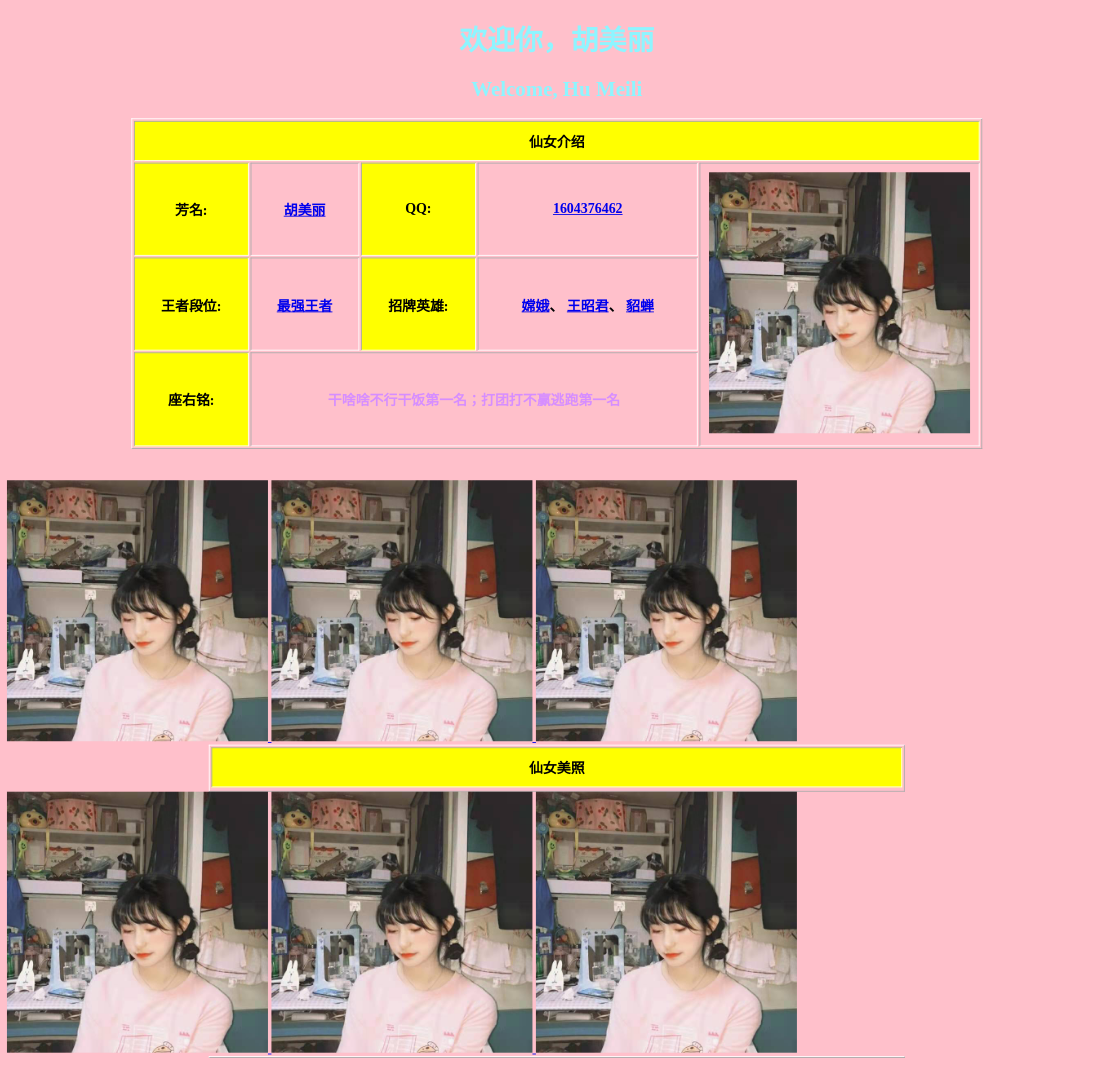
Repository: NanmeiYC/NanmeiYC.github.io
Page: ceshi2.html
These files come from the project's save history. The page is drawn as it stood at one moment and after the next save; the edit follows.
The browser window is 1280 px wide. The pictures show the whole page, at 87% of full size.

Above is the page before, as saved 2021-05-29 03:07:04.

### ceshi2.html
<!DOCTYPE html>
<html>

<head>
    <meta charset="utf-8">
    <title>欢迎我们美丽大方温柔善良的胡美丽</title>
</head>

<body bgcolor="pink">
    <h1 align="center"><a style="color: #8ef5ff;">欢迎你，胡美丽</a></h1>
    <h2 align="center"><a style="color: #8ef5ff;">Welcome, Hu Meili</a></h2>
    <table border="1" align="center" cellpadding="10px" width="978" style="border-color:rgb(255, 255, 255);">
        <tr align="center">
            <th colspan="7" bgcolor="yellow">仙女介绍</th>
        </tr>

        <tr align="center">
            <th bgcolor="yellow">芳名:</th>
            <th colspan="2"><a href="humeili.html">胡美丽</a></th>
            <th bgcolor="yellow">QQ:</th>
            <th colspan="2"> <a href="http://wpa.qq.com/msgrd?v=3&uin=1604376462&site=qq&menu=yes">1604376462</a></th>
            <td rowspan="3" width="100" <p><a href="humeili.html"><img border="0" src="images\胡美丽主.jpg" width="300px" height="300px"></td>
        </tr>
        <tr align="center">
            <th bgcolor="yellow">王者段位:</th>
            <th colspan="2"><a href="https://pvp.qq.com/web201605/hisrecord.shtml">最强王者</a></th>
            <th bgcolor="yellow">招牌英雄:</th>
            <th colspan="2">
                <a href="https://pvp.qq.com/web201605/herodetail/515.shtml">嫦娥</a>、
                <a href="https://pvp.qq.com/web201605/herodetail/152.shtml">王昭君</a>、
                <a href="https://pvp.qq.com/web201605/herodetail/141.shtml">貂蝉</a>
            </th>
        </tr>
        <tr align="center">
            <th bgcolor="yellow">座右铭:</th>
            <th colspan="5"><a style="color: #d68eff;">干啥啥不行干饭第一名；打团打不赢逃跑第一名</a> </th>
        </tr>
        <table border="1" align="center" cellpadding="10" width="800" style="border-color:rgb(255, 255, 255);">
            <br>
            <br>
        <tr align="center">
            <th colspan="9" bgcolor="yellow">仙女美照</th>
        </tr>
        <tr align="center">
            <th1 rowspan="3" width="100" <p><a href="humeili.html"><img border="0" src="images\胡美丽主.jpg" width="300px" height="300px"></th>
            <th2 rowspan="3" width="100" <p><a href="humeili.html"><img border="0" src="images\胡美丽主.jpg" width="300px" height="300px"></th>
            <th3 rowspan="3" width="100" <p><a href="humeili.html"><img border="0" src="images\胡美丽主.jpg" width="300px" height="300px"></th>
        </tr>
        <table border="1" align="center" cellpadding="10" width="800" style="border-color:rgb(255, 255, 255);">
        <tr align="center">
            <th4 rowspan="3" width="100" <p><a href="humeili.html"><img border="0" src="images\胡美丽主.jpg" width="300px" height="300px"></th>
            <th5 rowspan="3" width="100" <p><a href="humeili.html"><img border="0" src="images\胡美丽主.jpg" width="300px" height="300px"></th>
            <th6 rowspan="3" width="100" <p><a href="humeili.html"><img border="0" src="images\胡美丽主.jpg" width="300px" height="300px"></th>
        </tr>
    </table>

After the next save:
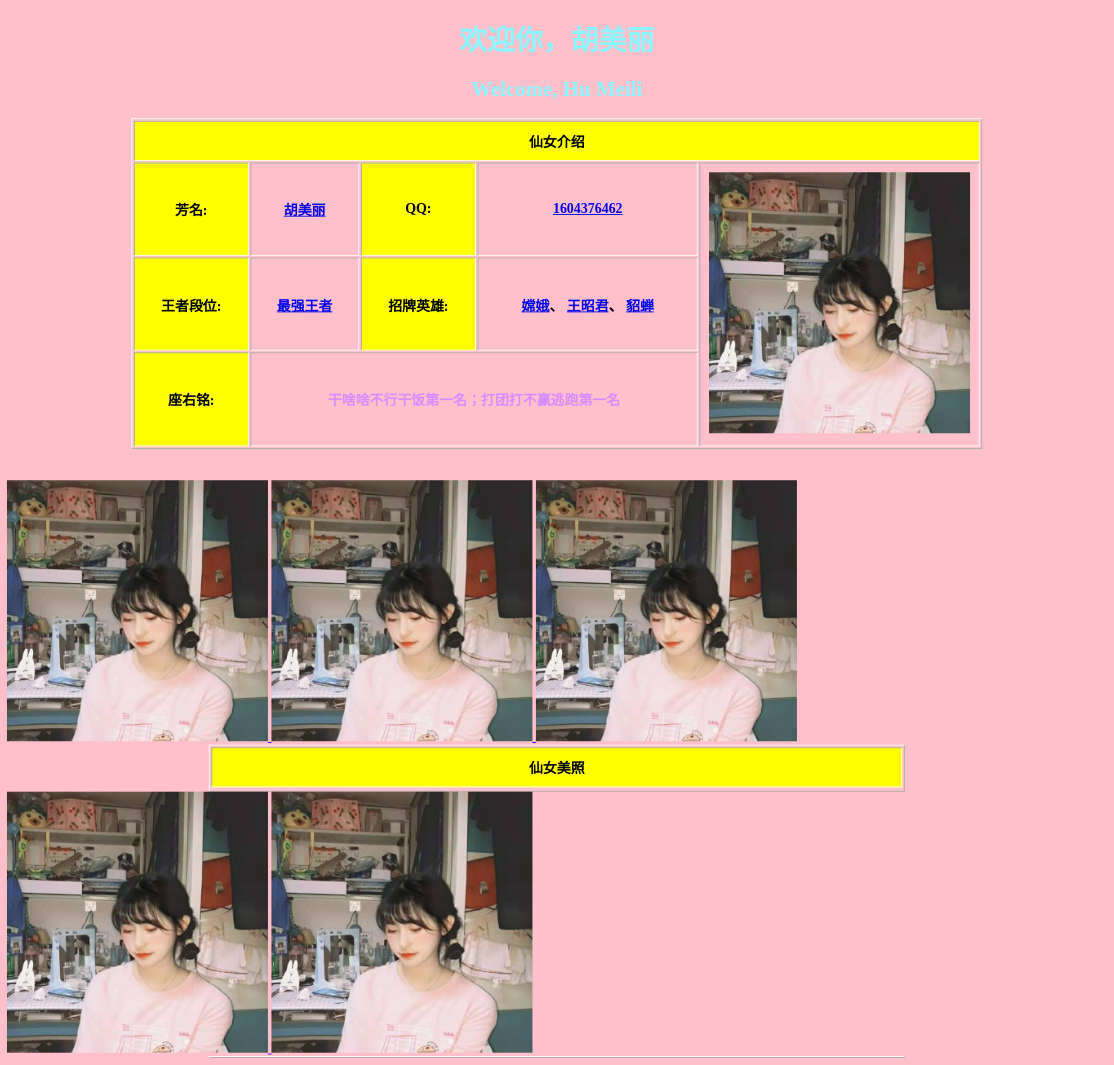
Saved 36 s later.
--- a/ceshi2.html
+++ b/ceshi2.html
@@ -50,6 +50,5 @@
         <tr align="center">
             <th4 rowspan="3" width="100" <p><a href="humeili.html"><img border="0" src="images\胡美丽主.jpg" width="300px" height="300px"></th>
             <th5 rowspan="3" width="100" <p><a href="humeili.html"><img border="0" src="images\胡美丽主.jpg" width="300px" height="300px"></th>
-            <th6 rowspan="3" width="100" <p><a href="humeili.html"><img border="0" src="images\胡美丽主.jpg" width="300px" height="300px"></th>
         </tr>
     </table>
